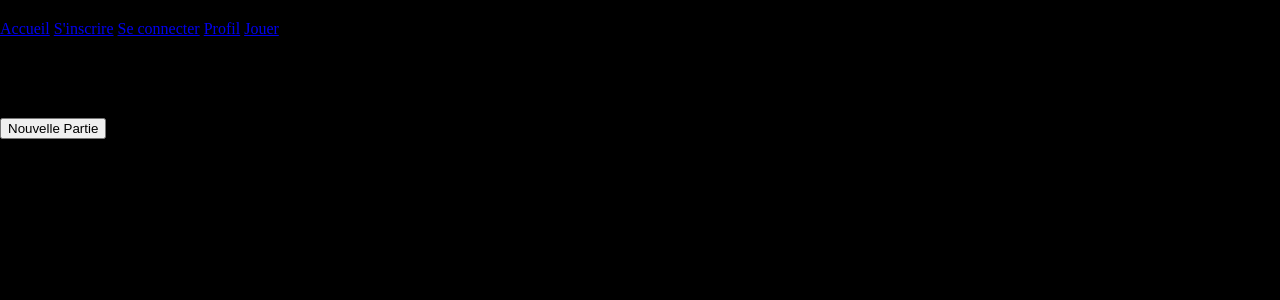
Repository: Ludmilla06/memory-game
Page: game.html
The author's editor kept a copy of each file at every save. The page is drawn from the files as they stood at one save, then again after the next save.
The browser window is 1280 px wide. The pictures show the whole page.

Above is the page before, as saved 2025-10-22 09:19:06.

After the next save:
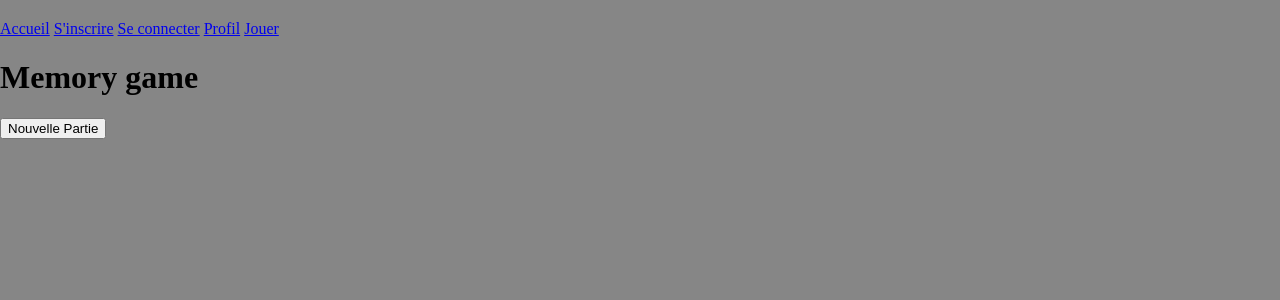
Saved 92 s later.
--- a/css/game.css
+++ b/css/game.css
@@ -5,7 +5,7 @@
 }
 body {
     margin: 20px 0;
-    background: black;
+    background: rgba(68, 67, 67, 0.644);
 }
 
 .grid {
@@ -18,7 +18,7 @@ body {
 
 .card {
     margin: 5px;
-    background-color: black;
+    background-color:  rgba(68, 67, 67, 0.644);;
     background-size: contain;
     background-repeat: no-repeat;
     background-position: center center;
